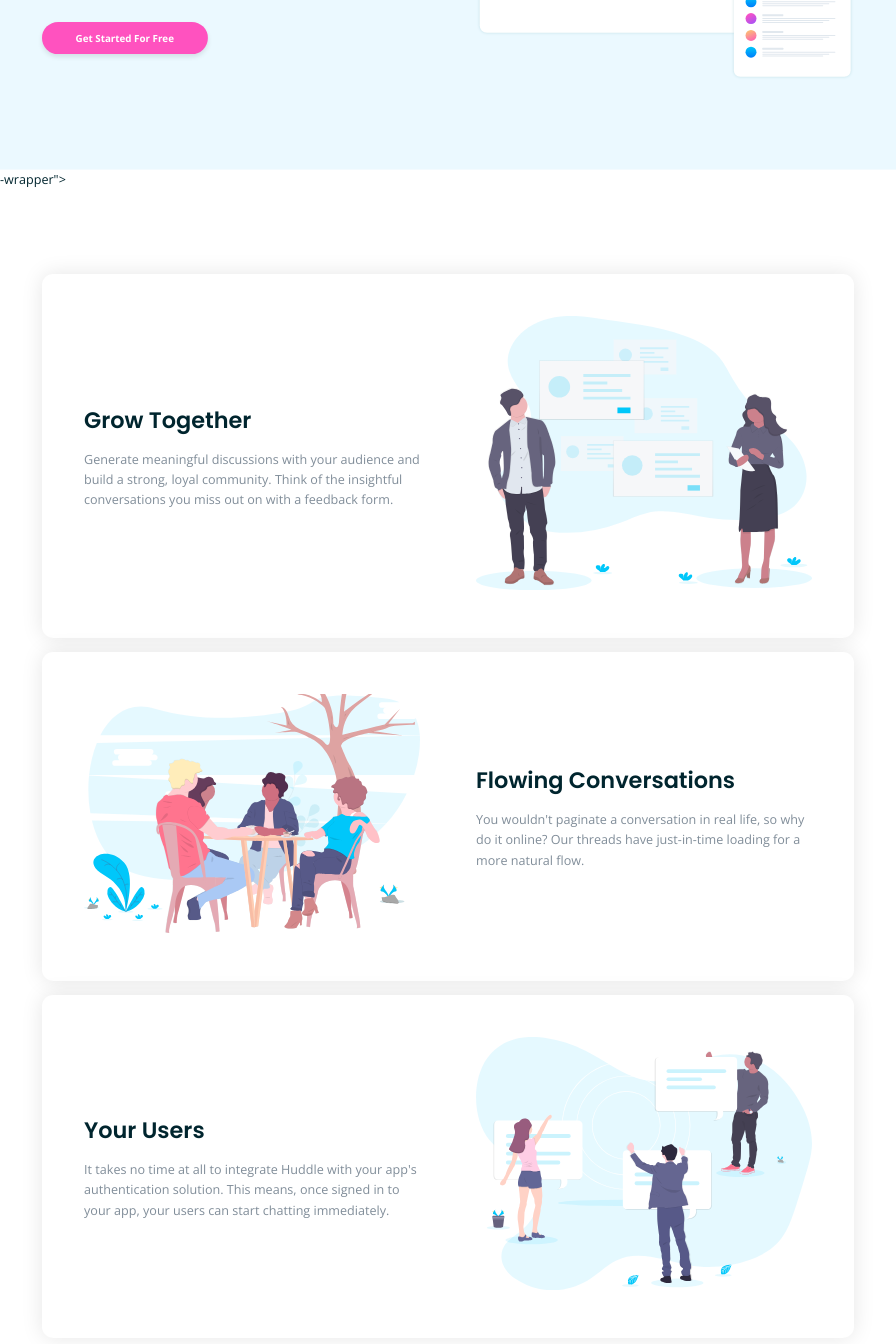
Repository: blordeus/huddle-landing-page
Page: index.html
An editor plug-in stored every save of this project. The page is shown before and after the next save, followed by the edit.
The browser window is 1280 px wide. The pictures show the part of the page from y = 446 to 2366 px (the page is 3334 px tall before and 3305 px after), at 70% of full size.

Above is the page before, as saved 2025-07-01 11:32:15.

### index.html
<!DOCTYPE html>
<html lang="en">
<head>
  <meta charset="UTF-8">
  <meta name="viewport" content="width=device-width, initial-scale=1.0">
  <link rel="icon" type="image/png" sizes="32x32" href="./images/favicon-32x32.png">
  <title>Frontend Mentor | Huddle landing page with alternating feature blocks</title>

  <!-- Google Fonts -->
  <link rel="preconnect" href="https://fonts.googleapis.com">
  <link rel="preconnect" href="https://fonts.gstatic.com" crossorigin>
  <link href="https://fonts.googleapis.com/css2?family=Poppins:wght@600&family=Open+Sans:wght@400;700&display=swap" rel="stylesheet">
  <link rel="stylesheet" type="text/css" href="styles.css" />

  <!-- Font Awesome for social icons -->
  <link rel="stylesheet" href="https://cdnjs.cloudflare.com/ajax/libs/font-awesome/6.0.0/css/all.min.css">
</head>

<body>
  <section class="bg-wrapper">
  <!-- Header -->
  <header class="header">
    <div class="container">
      <div class="header-content">
        <img src="./images/logo.svg" alt="Logo">
        <a href="#" class="btn btn-outline">Try It Free</a>
      </div>
    </div>
  </header>

  <!-- Hero Section -->
  <div class="hero">
    <div class="container">
      <div class="hero-content">
        <div class="hero-text">
          <h1>Build The Community Your Fans Will Love</h1>
          <p>Huddle re-imagines the way we build communities. You have a voice, but so does your audience. Create connections with your users as you engage in genuine discussion.</p>
          <a href="#" class="btn">Get Started For Free</a>
        </div>
        <div class="hero-image">
          <img src="./images/illustration-mockups.svg" alt="Desktop and mobile chat interface showing community conversations">
        </div>
      </div>
    </div>
  </div>
  </section>-wrapper">


  <!-- Features Section -->
  <section class="features">
    <div class="container">
      <div class="feature">
        <div class="feature-content">
          <h2>Grow Together</h2>
          <p>Generate meaningful discussions with your audience and build a strong, loyal community. Think of the insightful conversations you miss out on with a feedback form.</p>
        </div>
        <div class="feature-image">
          <img src="./images/illustration-grow-together.svg" alt="Illustration of people having meaningful conversations and building community">
        </div>
      </div>

      <div class="feature">
        <div class="feature-content">
          <h2>Flowing Conversations</h2>
          <p>You wouldn't paginate a conversation in real life, so why do it online? Our threads have just-in-time loading for a more natural flow.</p>
        </div>
        <div class="feature-image">
          <img src="./images/illustration-flowing-conversation.svg" alt="Illustration of natural flowing conversation interface with seamless chat threads">
        </div>
      </div>

      <div class="feature">
        <div class="feature-content">
          <h2>Your Users</h2>
          <p>It takes no time at all to integrate Huddle with your app's authentication solution. This means, once signed in to your app, your users can start chatting immediately.</p>
        </div>
        <div class="feature-image">
          <img src="./images/illustration-your-users.svg" alt="Illustration showing easy user authentication and immediate chat access">
        </div>
      </div>
    </div>
  </section>

  <!-- Call to Action -->
  <section class="cta">
    <div class="container">
      <h2>Ready To Build Your Community?</h2>
      <a href="#" class="btn">Get Started For Free</a>
    </div>
  </section>

  <!-- Footer -->
  <footer class="footer">
    <div class="container">
      <a href="#" class="footer-logo">
            <img src="./images/logo.svg" alt="">
          </a>
      <div class="footer-content">
        <div class="footer-info">
          <div class="contact-info">
            <div class="contact-item">
              <img src="./images/icon-location.svg" alt="">
              <p>Lorem ipsum dolor sit amet, consectetur adipiscing elit, sed do eiusmod tempor incididunt ut labore et dolore magna aliqua</p>
            </div>
            <div class="contact-item">
              <img src="./images/icon-phone.svg" alt="">
              <p>+1-543-123-4567</p>
            </div>
            <div class="contact-item">
              <img src="./images/icon-email.svg" alt="">
              <p>example@huddle.com</p>
            </div>
          </div>
        </div>

        <div class="footer-links">
          <a href="#">About Us</a>
          <a href="#">What We Do</a>
          <a href="#">FAQ</a>
        </div>

        <div class="footer-links">
          <a href="#">Career</a>
          <a href="#">Blog</a>
          <a href="#">Contact Us</a>
        </div>

        <div class="social-icons">
          <a href="#" class="social-icon" aria-label="Facebook">
            <i class="fab fa-facebook-f"></i>
          </a>
          <a href="#" class="social-icon" aria-label="Twitter">
            <i class="fab fa-twitter"></i>
          </a>
          <a href="#" class="social-icon" aria-label="Instagram">
            <i class="fab fa-instagram"></i>
          </a>
        </div>
      </div>

      <div class="copyright">
        <p>&copy; Copyright 2018 Huddle. All rights reserved.</p>
      </div>
    </div>

    <p class="attribution">
      Challenge by <a href="https://www.frontendmentor.io?ref=challenge" target="_blank">Frontend Mentor</a>.
      Coded by <a href="#">Your Name Here</a>.
    </p>
  </footer>
</body>
</html>

### styles.css
    * {
      margin: 0;
      padding: 0;
      box-sizing: border-box;
    }

    body {
      font-family: 'Open Sans', sans-serif;
      font-size: 18px;
      line-height: 1.6;
      color: hsl(192, 100%, 9%);
    }

    .container {
      max-width: 1200px;
      margin: 0 auto;
      padding: 0 20px;
    }

    .bg-wrapper {
      background-image: url('./images/bg-hero-desktop.svg');
      background-size: cover;
      background-position: center;
    }

    /* Header */
    .header {
      background: hsl(193, 100%, 96%);
      padding: 24px 0;
    }

    .header-content {
      display: flex;
      justify-content: space-between;
      align-items: center;
    }

    .header-content img {
      height: 40px;
    }

    .btn {
      background: hsl(322, 100%, 66%);
      color: white;
      border: none;
      padding: 12px 48px;
      border-radius: 24px;
      font-family: 'Open Sans', sans-serif;
      font-weight: 700;
      font-size: 14px;
      cursor: pointer;
      text-decoration: none;
      display: inline-block;
      transition: opacity 0.3s ease;
      box-shadow: 0 4px 8px rgba(0, 0, 0, 0.1);
    }

    .btn:hover {
      opacity: 0.8;
    }

    .btn-outline {
      background: white;
      box-shadow: 0 4px 8px rgba(0, 0, 0, 0.1);
      color: #00252E;
    }

    .btn-outline:hover {
      color: #808E9A;
    }

    /* Hero Section */
    .hero {
      background: hsl(199, 100%, 96%);
      padding: 80px 0 120px;
    }

    .hero-content {
      display: grid;
      grid-template-columns: 1fr 1fr;
      gap: 80px;
      align-items: center;
    }

    .hero-text h1 {
      font-family: 'Poppins', sans-serif;
      font-weight: 600;
      font-size: 48px;
      line-height: 1.2;
      margin-bottom: 24px;
      color: hsl(192, 100%, 9%);
    }

    .hero-text p {
      font-size: 18px;
      color: hsl(192, 100%, 9%);
      margin-bottom: 32px;
      line-height: 1.6;
    }

    .hero-image {
      text-align: center;
    }

    .hero-image img {
      max-width: 100%;
      height: auto;
    }

    /* Features Section */
    .features {
      padding: 120px 0;
    }

    .feature {
      display: grid;
      grid-template-columns: 1fr 1fr;
      gap: 80px;
      align-items: center;
      margin-bottom: 20px;
      background: white;
      padding: 60px;
      border-radius: 16px;
      box-shadow: 0 0 30px rgba(0, 0, 0, 0.1);
    }

    .feature:nth-child(even) .feature-content {
      order: 2;
    }

    .feature:nth-child(even) .feature-image {
      order: 1;
    }

    .feature h2 {
      font-family: 'Poppins', sans-serif;
      font-weight: 600;
      font-size: 32px;
      margin-bottom: 16px;
      color: hsl(192, 100%, 9%);
    }

    .feature p {
      color: hsl(208, 11%, 55%);
      line-height: 1.6;
    }

    .feature-image {
      text-align: center;
    }

    .feature-image img {
      max-width: 100%;
      height: auto;
    }

    /* Call to Action */
    .cta {
      text-align: center;
      padding: 80px 0;
      background: white;
      width: 50%;
      margin: 0 auto;
      box-sizing: border-box;
      border-radius: 16px;
      box-shadow: 0 0 30px rgba(0, 0, 0, 0.1);
      position: relative;
      z-index: 2;
      transform: translateY(20%);
    }

    .cta a {
      background: hsl(322, 100%, 66%);
      color: white;
      padding: 16px 64px;
      border-radius: 24px;
      font-family: 'Open Sans', sans-serif;
      font-weight: 700;
      font-size: 14px;
      cursor: pointer;
      text-decoration: none;
      display: inline-block;
      transition: opacity 0.3s ease;
      box-shadow: 0 4px 8px rgba(0, 0, 0, 0.1);

    }

    .cta h2 {
      font-family: 'Poppins', sans-serif;
      font-weight: 600;
      font-size: 32px;
      margin-bottom: 32px;
      color: hsl(192, 100%, 9%);
    }

    /* Footer */
    .footer {
      background: hsl(192, 100%, 9%);
      color: white;
      padding: 120px 0 40px;
    }

    .footer-content {
      display: grid;
      grid-template-columns: 2fr 1fr 1fr 1fr;
      gap: 60px;
      margin-bottom: 40px;
    }

    .footer-logo {
      display: flex;
      align-items: center;
      gap: 8px;
      font-family: 'Poppins', sans-serif;
      font-weight: 600;
      font-size: 24px;
      color: white;
      text-decoration: none;
      margin-bottom: 24px;
    }

    .footer-logo .logo-icon {
      background: white;
      color: hsl(322, 100%, 66%);
    }

    .contact-info {
      display: flex;
      flex-direction: column;
      gap: 16px;
    }

    .contact-item {
      display: flex;
      align-items: flex-start;
      gap: 16px;
    }

    .contact-item i {
      margin-top: 4px;
      width: 16px;
    }

    .footer-links {
      display: flex;
      flex-direction: column;
      gap: 12px;
    }

    .footer-links a {
      color: white;
      text-decoration: none;
      transition: color 0.3s ease;
    }

    .footer-links a:hover {
      color: hsl(322, 100%, 66%);
    }

    .social-icons {
      display: flex;
      gap: 16px;
      justify-content: center;
    }

    .social-icon {
      width: 40px;
      height: 40px;
      border: 1px solid white;
      border-radius: 50%;
      display: flex;
      align-items: center;
      justify-content: center;
      color: white;
      text-decoration: none;
      transition: all 0.3s ease;
    }

    .social-icon:hover {
      color: hsl(322, 100%, 66%);
      border-color: hsl(322, 100%, 66%);
    }

    .copyright {
      text-align: center;
      font-size: 14px;
      color: hsl(208, 11%, 55%);
      padding-top: 40px;
      border-top: 1px solid hsl(208, 11%, 55%);
    }

    .attribution {
      font-size: 11px;
      text-align: center;
      margin-top: 20px;
    }

    .attribution a {
      color: hsl(228, 45%, 44%);
    }

    /* Responsive Design */
    @media (max-width: 768px) {
      .container {
        padding: 0 16px;
      }

      .hero {
        background-image: url('./images/bg-hero.svg');
      }

      .header-content {
        flex-direction: column;
        gap: 20px;
      }

      .hero-content {
        grid-template-columns: 1fr;
        gap: 40px;
        text-align: center;
      }

      .hero-text h1 {
        font-size: 32px;
      }

      .feature {
        grid-template-columns: 1fr;
        gap: 40px;
        padding: 40px 20px;
        text-align: center;
      }

      .feature:nth-child(even) .feature-content,
      .feature:nth-child(even) .feature-image {
        order: unset;
      }

      .footer-content {
        grid-template-columns: 1fr;
        gap: 40px;
        text-align: center;
      }

      .social-icons {
        justify-content: center;
      }

      .cta {
        margin: 0 16px;
        padding: 40px 20px;
      }

      .cta h2 {
        font-size: 24px;
      }
    }

After the next save:
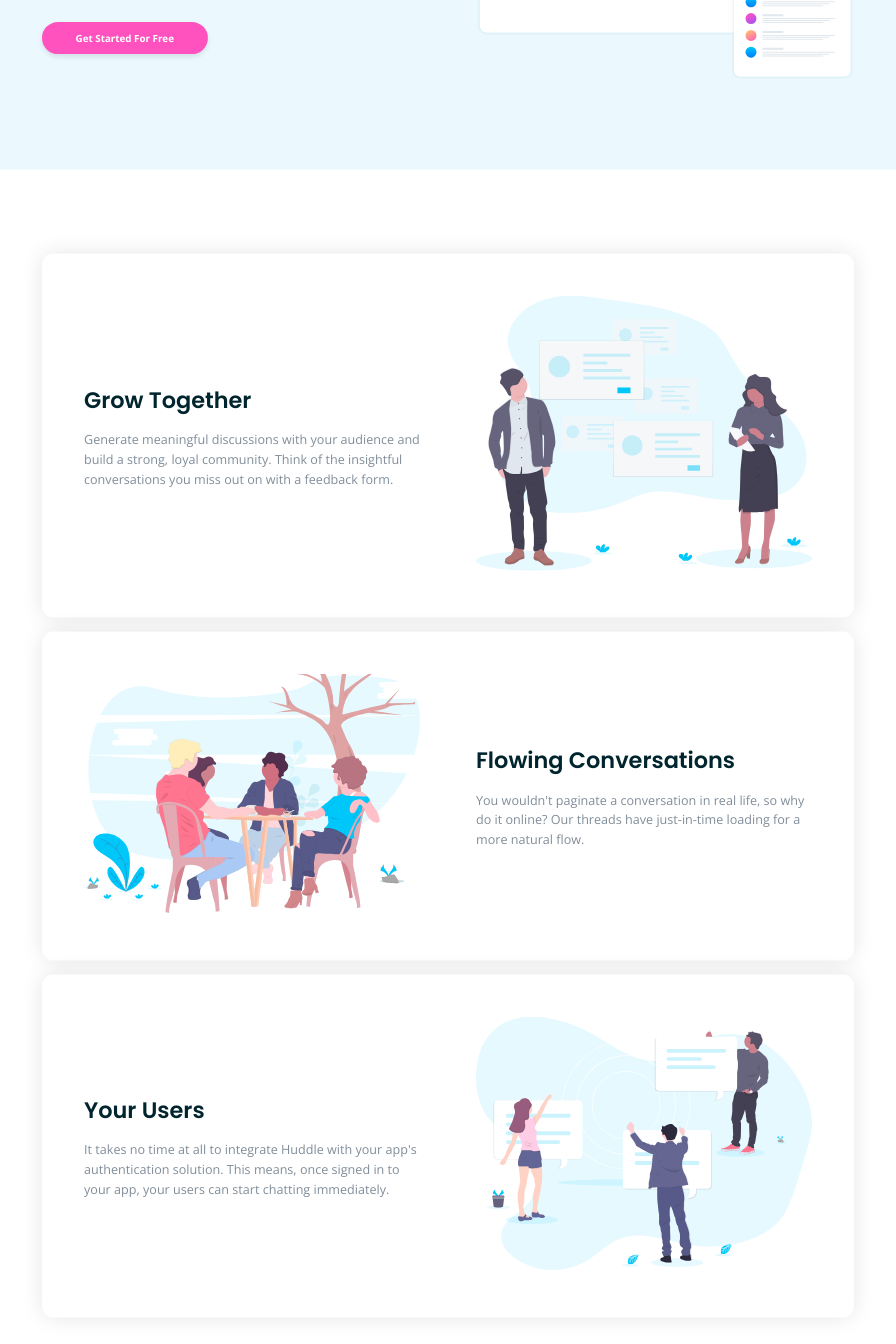
Saved 7 s later.
--- a/index.html
+++ b/index.html
@@ -43,8 +43,7 @@
       </div>
     </div>
   </div>
-  </section>-wrapper">
-
+  </section>
 
   <!-- Features Section -->
   <section class="features">
